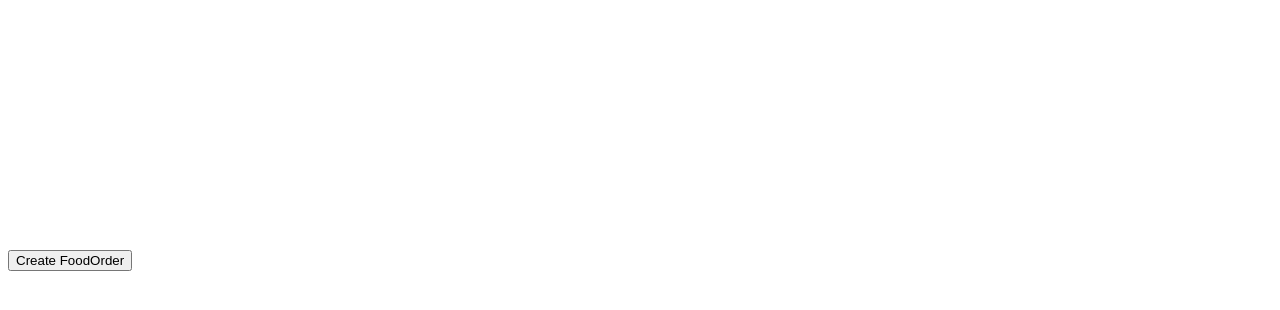
Repository: Jeevith-U/Advance-Java
Page: http://localhost/Food_App/staff.jsp
These files come from the project's save history. The page is drawn as it stood at one moment and after the next save; the edit follows.
The browser window is 1280 px wide. The pictures show the whole page.
The page is served by Tomcat 9.

Above is the page before, as saved 2023-08-24 11:17:57.

After the next save:
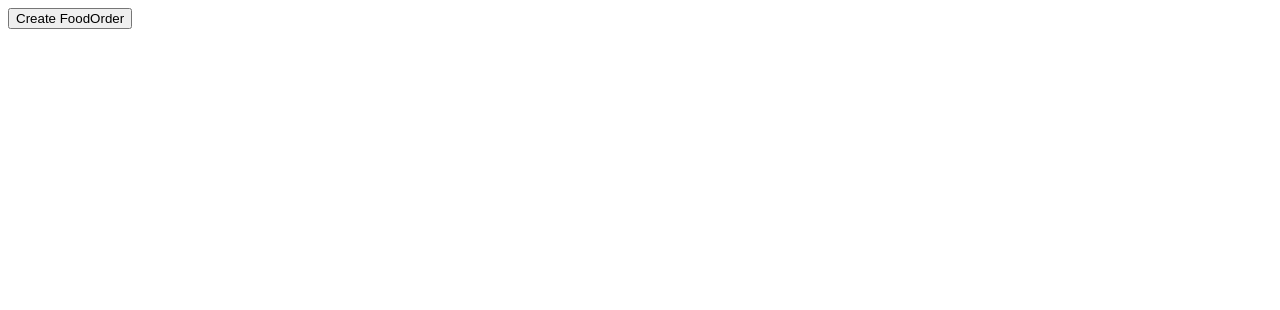
Saved 30 s later.
--- a/Projects/Food_App/src/main/webapp/staff.jsp
+++ b/Projects/Food_App/src/main/webapp/staff.jsp
@@ -14,16 +14,16 @@ form {
 </style>
 </head>
 <body>
-	<form action="staffop" method="post" align="center">
+ <!--	<form action="staffop" method="post" align="center">
 
-		<!-- <input type="radio" name="op" value="create"> Create Food
+		 <input type="radio" name="op" value="create"> Create Food
 		Order <br> <input type="radio" name="op" value="update">
 		Update Food Order <br> <input type="submit" value="Submit">
 		<input type="radio" name="op" value="update"> Update Food
-		Order <br> -->
+		Order <br>
 
 
-	</form>
+	</form>-->
 
 	<a href="createfoodorder.jsp"><button>Create FoodOrder</button></a>
 </body>
